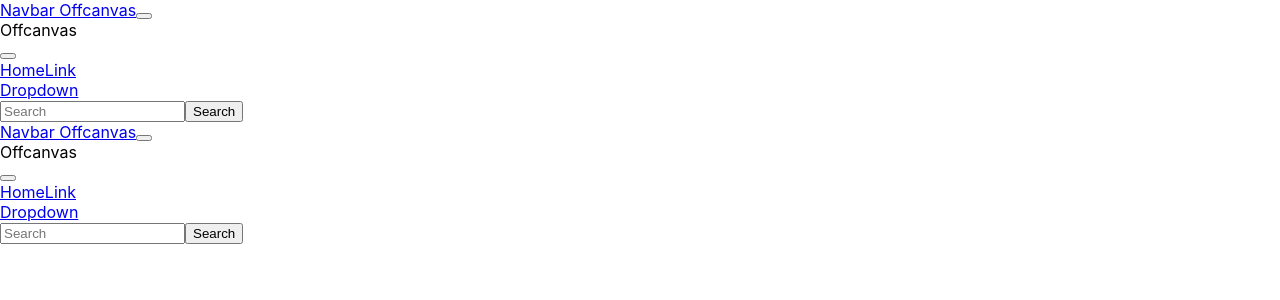
Repository: shikubro90/Shopifal
Page: /
An editor plug-in stored every save of this project. The page is shown before and after the next save, followed by the edit.
The browser window is 1280 px wide. The pictures show the whole page.
The project was rebuilt for these pictures with package versions that can differ from the ones it lists, and the page was loaded fresh each time.

Above is the page before, as saved 2022-05-19 01:54:08.

### src/App.js
//Router practice
// ============================
// import { Navigate, Route, Routes } from "react-router-dom";
// import Home from "./components/Router-Practice/Home/Home";
// import About from "./components/Router-Practice/About/About";
// import Posts from "./components/Router-Practice/Posts/Posts";
// import NotFound from "./components/Router-Practice/NotFound/NotFound";

//EcommerSite practice
//==========================
import Home from "./components/Shopifal/layout/Frontend/Home";


function App() {
  return (
    <div className="App">

      {/* <Routes>
        <Route path="*" element={<NotFound/>} />
        <Route path="/" element={<Navigate to="/home" />} />
        <Route path="/home/" element={<Home />}>
          <Route path="contact" element={<h3>This is outlet</h3>} />
        </Route>
        <Route path="/about" element={<About />} />
        <Route path="/posts" element={<Posts />} />
      </Routes> */}

      <Home/>




    </div>
  );
}

export default App;

### src/components/Shopifal/layout/Frontend/Home.jsx
import React from 'react';
import NavBar from '../../sections/NavBar';

const Home = () => {
    return (
        <div>
            <NavBar/>
        </div>
    );
};

export default Home;

### src/components/Shopifal/sections/NavBar.jsx
import React from 'react';
import Header from '../snippet/Header';

const NavBar = () => {
    return (
        <div>
            <Header/>
        </div>
    );
};

export default NavBar;

### src/components/Shopifal/snippet/Header.jsx
import React from 'react';
import { Container, Form, FormControl, Image, Nav, Navbar, NavDropdown, Offcanvas, Button } from 'react-bootstrap';

const Header = () => {



    return (
        <>
  {[false, 'sm'].map((expand) => (
    <Navbar key={expand} bg="light" expand={expand} className="mb-3">
      <Container fluid>
        <Navbar.Brand href="#">Navbar Offcanvas</Navbar.Brand>
        <Navbar.Toggle aria-controls={`offcanvasNavbar-expand-${expand}`} />
        <Navbar.Offcanvas
          id={`offcanvasNavbar-expand-${expand}`}
          aria-labelledby={`offcanvasNavbarLabel-expand-${expand}`}
          placement="end"
        >
          <Offcanvas.Header closeButton>
            <Offcanvas.Title id={`offcanvasNavbarLabel-expand-${expand}`}>
              Offcanvas
            </Offcanvas.Title>
          </Offcanvas.Header>
          <Offcanvas.Body>
            <Nav className="justify-content-end flex-grow-1 pe-3">
              <Nav.Link href="#action1">Home</Nav.Link>
              <Nav.Link href="#action2">Link</Nav.Link>
              <NavDropdown
                title="Dropdown"
                id={`offcanvasNavbarDropdown-expand-${expand}`}
              >
                <NavDropdown.Item href="#action3">Action</NavDropdown.Item>
                <NavDropdown.Item href="#action4">
                  Another action
                </NavDropdown.Item>
                <NavDropdown.Divider />
                <NavDropdown.Item href="#action5">
                  Something else here
                </NavDropdown.Item>
              </NavDropdown>
            </Nav>
            <Form className="d-flex">
              <FormControl
                type="search"
                placeholder="Search"
                className="me-2"
                aria-label="Search"
              />
              <Button variant="outline-success">Search</Button>
            </Form>
          </Offcanvas.Body>
        </Navbar.Offcanvas>
      </Container>
    </Navbar>
  ))}
</>
    );
};

export default Header;

Loaded but not shown: public/index.html (common file); src/index.js (common file); src/index.css (common file); src/reportWebVitals.js (common file)

After the next save:
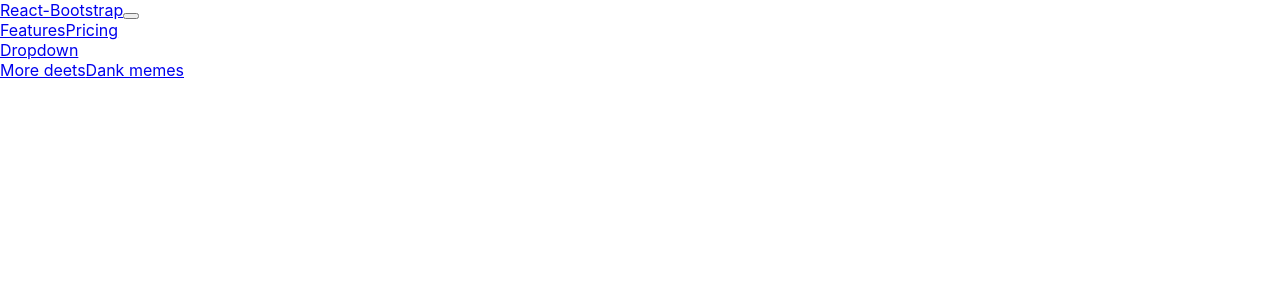
Saved 32 s later.
--- a/src/components/Shopifal/snippet/Header.jsx
+++ b/src/components/Shopifal/snippet/Header.jsx
@@ -7,53 +7,31 @@ const Header = () => {
 
     return (
         <>
-  {[false, 'sm'].map((expand) => (
-    <Navbar key={expand} bg="light" expand={expand} className="mb-3">
-      <Container fluid>
-        <Navbar.Brand href="#">Navbar Offcanvas</Navbar.Brand>
-        <Navbar.Toggle aria-controls={`offcanvasNavbar-expand-${expand}`} />
-        <Navbar.Offcanvas
-          id={`offcanvasNavbar-expand-${expand}`}
-          aria-labelledby={`offcanvasNavbarLabel-expand-${expand}`}
-          placement="end"
-        >
-          <Offcanvas.Header closeButton>
-            <Offcanvas.Title id={`offcanvasNavbarLabel-expand-${expand}`}>
-              Offcanvas
-            </Offcanvas.Title>
-          </Offcanvas.Header>
-          <Offcanvas.Body>
-            <Nav className="justify-content-end flex-grow-1 pe-3">
-              <Nav.Link href="#action1">Home</Nav.Link>
-              <Nav.Link href="#action2">Link</Nav.Link>
-              <NavDropdown
-                title="Dropdown"
-                id={`offcanvasNavbarDropdown-expand-${expand}`}
-              >
-                <NavDropdown.Item href="#action3">Action</NavDropdown.Item>
-                <NavDropdown.Item href="#action4">
-                  Another action
-                </NavDropdown.Item>
-                <NavDropdown.Divider />
-                <NavDropdown.Item href="#action5">
-                  Something else here
-                </NavDropdown.Item>
-              </NavDropdown>
-            </Nav>
-            <Form className="d-flex">
-              <FormControl
-                type="search"
-                placeholder="Search"
-                className="me-2"
-                aria-label="Search"
-              />
-              <Button variant="outline-success">Search</Button>
-            </Form>
-          </Offcanvas.Body>
-        </Navbar.Offcanvas>
-      </Container>
-    </Navbar>
-  ))}
+  <Navbar collapseOnSelect expand="lg" bg="dark" variant="dark">
+  <Container>
+  <Navbar.Brand href="#home">React-Bootstrap</Navbar.Brand>
+  <Navbar.Toggle aria-controls="responsive-navbar-nav" />
+  <Navbar.Collapse id="responsive-navbar-nav">
+    <Nav className="me-auto">
+      <Nav.Link href="#features">Features</Nav.Link>
+      <Nav.Link href="#pricing">Pricing</Nav.Link>
+      <NavDropdown title="Dropdown" id="collasible-nav-dropdown">
+        <NavDropdown.Item href="#action/3.1">Action</NavDropdown.Item>
+        <NavDropdown.Item href="#action/3.2">Another action</NavDropdown.Item>
+        <NavDropdown.Item href="#action/3.3">Something</NavDropdown.Item>
+        <NavDropdown.Divider />
+        <NavDropdown.Item href="#action/3.4">Separated link</NavDropdown.Item>
+      </NavDropdown>
+    </Nav>
+    <Nav>
+      <Nav.Link href="#deets">More deets</Nav.Link>
+      <Nav.Link eventKey={2} href="#memes">
+        Dank memes
+      </Nav.Link>
+    </Nav>
+  </Navbar.Collapse>
+  </Container>
+</Navbar>
 </>
     );
 };
